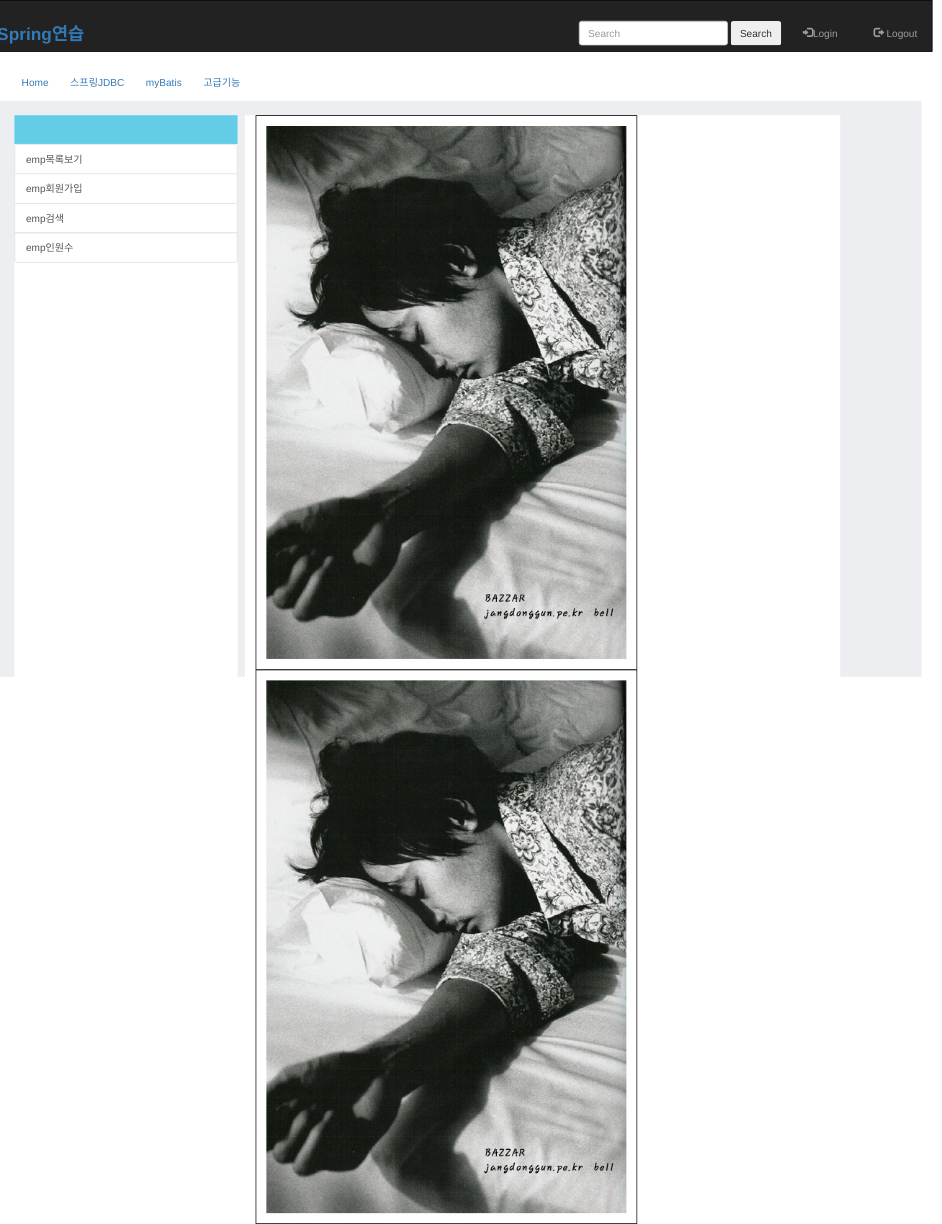
Repository: tawn0414/sts
Page: http://localhost/springmvc/template/advancedLayout.jsp
These files come from the project's save history. The page is drawn as it stood at one moment and after the next save; the edit follows.
The browser window is 1280 px wide. The page is 1309 px wide, so the pictures cover 1309 px, including what lies to the right of the window. The pictures show the whole page, at 72% of full size.
The page is served by Tomcat 9. Other server files are loaded and not shown.

Above is the page before, as saved 2020-01-29 07:18:33.

### springmvc/WebContent/template/advancedLayout.jsp
<%@ page language="java" contentType="text/html; charset=UTF-8"
	pageEncoding="UTF-8"%>
<!DOCTYPE html>
<html>
<head>
<meta charset="UTF-8">
<meta name="viewport" content="width=device-width, initial-scale=1">

   <link rel="stylesheet" href="/springmvc/common/css/main.css" />
  <link rel="stylesheet" href="https://maxcdn.bootstrapcdn.com/bootstrap/3.3.7/css/bootstrap.min.css">
  <script src="https://ajax.googleapis.com/ajax/libs/jquery/3.3.1/jquery.min.js"></script>
  <script src="https://maxcdn.bootstrapcdn.com/bootstrap/3.3.7/js/bootstrap.min.js"></script>
<style>
	/* Remove the navbar's default margin-bottom and rounded borders */
	.navbar {
		margin-bottom: 0;
		border-radius: 0;
	}
	/*  #toparea{
		padding: 30px;
	}  */
	/* body{
		background-color: #edeef1
	} */
</style>
<title>Insert title here</title>
</head>
<body>
		<div id="top" class="row">
			<jsp:include page="top.jsp"></jsp:include>

		</div>


		<div style="background-color: #edeef1;padding: 20px;height: 800px">

			<div class="row" style="margin-left: auto;margin-right: auto;">
			 	<div class="col-sm-3"
			 	style="background-color: white;margin-right:10px;padding: 0px ">
			 		 <div
			 		 style="border-color:white;height: 800px;">
				        <div style="background-color:#63cde7;padding: 20px;
				        font-family:HY-견고딕;font-size: 16pt;color: white;
				         font-weight: bolder;"></div>
						<jsp:include page="../menu/spring_jdbc.jsp"/>
      				 </div>
			 	</div>
			 	<div class="col-sm-8" style="background-color: white;height: 800px;">
					<jsp:include page="content.jsp"/>

			 	</div>
			</div>
	</div>
</body>
</html>

### springmvc/WebContent/template/top.jsp
<%@ page language="java" contentType="text/html; charset=UTF-8"
	pageEncoding="UTF-8"%>
<!DOCTYPE html>
<html>
<head>
<meta charset="UTF-8">
<meta name="viewport" content="width=device-width, initial-scale=1">
  <link rel="stylesheet" href="/springmvc/common/css/main.css" />
  <link rel="stylesheet" href="https://maxcdn.bootstrapcdn.com/bootstrap/3.3.7/css/bootstrap.min.css">
  <script src="https://ajax.googleapis.com/ajax/libs/jquery/3.3.1/jquery.min.js"></script>
  <script src="https://maxcdn.bootstrapcdn.com/bootstrap/3.3.7/js/bootstrap.min.js"></script>
<style>
	/* Remove the navbar's default margin-bottom and rounded borders */
	.navbar {
		margin-bottom: 0;
		border-radius: 0;
	}
	/*  #toparea{
		padding: 30px;
	}  */
	/* body{
		background-color: #edeef1
	} */
</style>
<title>Insert title here</title>
</head>
<body>

	<div style="height:90px" style="padding:10px">
		<div id="toparea"  class="navbar navbar-inverse">
			<a href="#" style="position:absolute;top:30px;font-size: 18pt; font-weight: bolder;text-decoration: none;padding-left: 10px">Spring연습</a>
			<ul class="nav navbar-nav navbar-right"
			 style="position:relative ;top:20px" >
					<li style="margin-right: 20px;height: 70px">
						<a href="/annotation/view/emp/loginView.do"><span class="glyphicon glyphicon-log-in">
							</span>Login</a></li>
					<li style="margin-right: 20px;height: 70px"><a href="/annotation/emp/logout.do"><span class="glyphicon glyphicon-log-out"></span>
								Logout</a></li>
			</ul>



			<form class="navbar-form pull-right" style="position:relative ;top:20px">
				<input class="form-control mr-sm-2" type="search"
					placeholder="Search" aria-label="Search">
				<button class="btn btn-outline-success my-2 my-sm-0" type="submit">Search</button>

			</form>

		</div>

	</div>
	<nav>
	<div class="container-fluid">
			<div class="collapse navbar-collapse" id="myNavbar">
				<ul class="nav navbar-nav">
					<li class="active"><a href="/annotation/index.do">Home</a></li>
					<li><a href="/annotation/menu/jdbc.do">스프링JDBC</a></li>
					<li><a href="/springmvc/template/mybatisLayout.jsp">myBatis</a></li>
					<li><a href="/springmvc/menu/advancedLayout.jsp">고급기능</a></li>

				</ul>

			</div>
		</div>
	</nav>
</body>
</html>

### springmvc/WebContent/menu/spring_jdbc.jsp
<%@ page language="java" contentType="text/html; charset=UTF-8"
	pageEncoding="UTF-8"%>
<!DOCTYPE html>
<html>
<head>
<meta charset="UTF-8">
<title>Insert title here</title>
</head>
<body>
	<div class="list-group">
		<a href="/annotation/list.do"	class="list-group-item">emp목록보기</a>
		<a href="/annotation/insert.do" class="list-group-item">emp회원가입</a>
		<a href="/annotation/search.do" class="list-group-item">emp검색</a>
		<a href="/annotation/count.do"	class="list-group-item">emp인원수</a>

	</div>
</body>
</html>

### springmvc/WebContent/template/content.jsp
<%@ page language="java" contentType="text/html; charset=UTF-8"
    pageEncoding="UTF-8"%>
<!DOCTYPE html>
<html>
<head>
<meta charset="UTF-8">
<title>Insert title here</title>
</head>
<body>
	<img alt="" src="/springmvc/images/jang.jpg">
	<img alt="" src="/springmvc/images/jang.jpg">
</body>
</html>

### springmvc/WebContent/common/css/main.css
@CHARSET "EUC-KR";

#banner-wrapper {
	margin-top: 50px;
	margin-left: 30px;
	margin-right: 30px;
}

table{
	border-collapse: collapse;

}
/* td{
	font-size: 9pt;
	border-top-style:solid;
	border-top-color: #dedddf;
	border-top-width: 1px;
	height: 40px;
	border-bottom-color: #dedddf;
	border-bottom-style: solid;
	border-bottom-width: 1px;
} */

th{
	background-color: #dedddf;

}
 .boardContent{
	width: 200px;
	height: 30px;
 }
 .boardDate{
	width: 100px;height: 30px
 }
.boardContent:HOVER {
	color: #63cde7
}

### springmvc/WebContent/menu/advanced_menu.jsp
<%@ page language="java" contentType="text/html; charset=UTF-8"
	pageEncoding="UTF-8"%>
<!DOCTYPE html>
<html>
<head>
<meta charset="UTF-8">
<title>Insert title here</title>
</head>
<body>
	<div class="list-group">
		<a href="/annotation/view/ajaxtest"	class="list-group-item">ajax테스트</a>
		<a href="/annotation/view/ajaxboard"	class="list-group-item">ajax게시판목록</a>
		<a href="/annotation/view/upload" class="list-group-item">파일업로드</a>
		<a href="/annotation/view/i18ntest" class="list-group-item">다국어지원</a>
		<a href="/annotation/view/transinsertView.do" class="list-group-item">트랜잭션처리</a>
		<a href="/annotation/advanced/testCookie.do?id=jang"
							class="list-group-item">쿠키테스트</a>

		<a href="/annotation/advanced/i18ntest.do?lang=ko">한국어</a>&nbsp;&nbsp;&nbsp;
		<a href="/annotation/advanced/i18ntest.do?lang=en">영어</a>&nbsp;&nbsp;&nbsp;
		<a href="/annotation/advanced/i18ntest.do?lang=jp">일본어</a>&nbsp;&nbsp;&nbsp;
	</div>
</body>
</html>

After the next save:
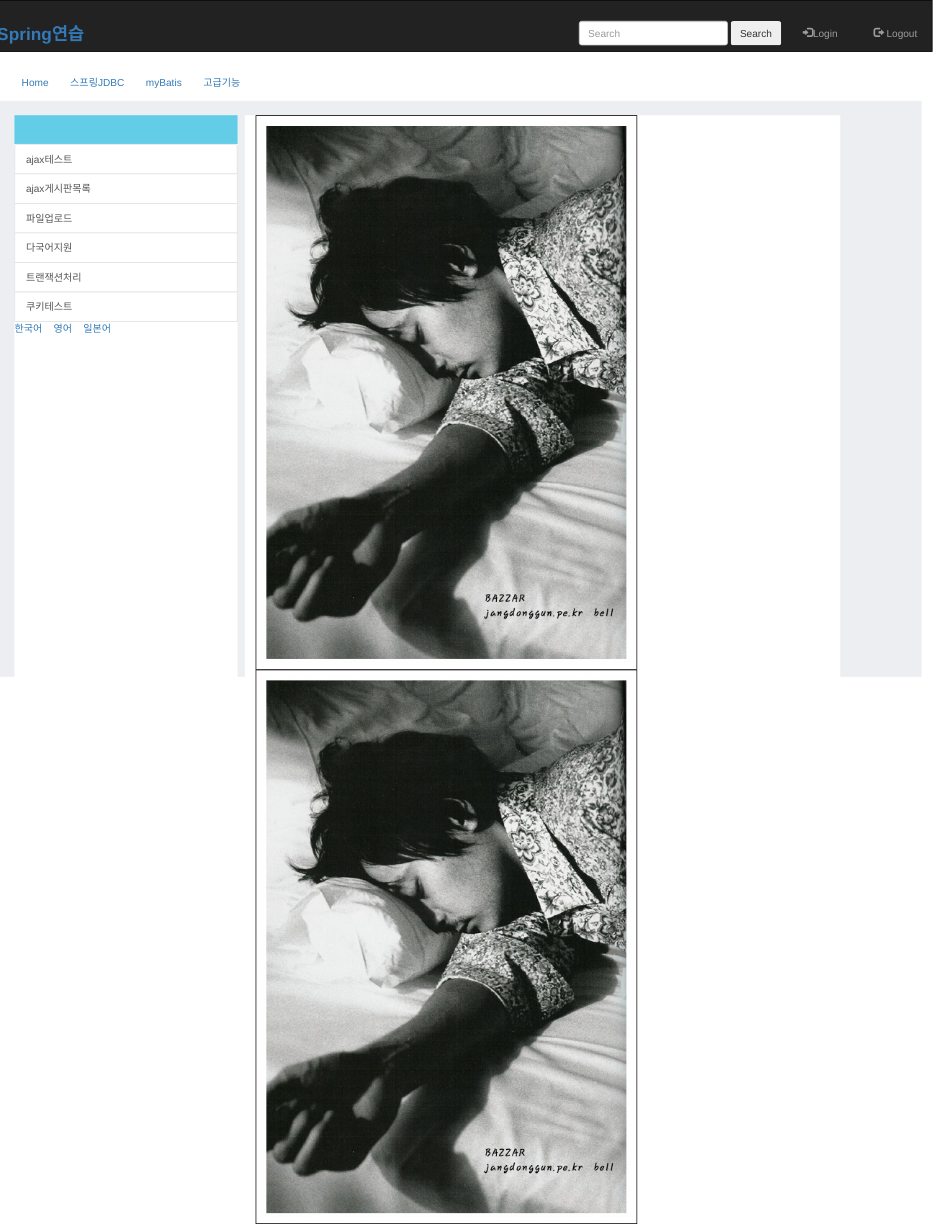
Saved 29 s later.
--- a/springmvc/WebContent/template/advancedLayout.jsp
+++ b/springmvc/WebContent/template/advancedLayout.jsp
@@ -42,7 +42,7 @@
 				        <div style="background-color:#63cde7;padding: 20px;
 				        font-family:HY-견고딕;font-size: 16pt;color: white;
 				         font-weight: bolder;"></div>
-						<jsp:include page="../menu/spring_jdbc.jsp"/>
+						<jsp:include page="../menu/advanced_menu.jsp"/>
       				 </div>
 			 	</div>
 			 	<div class="col-sm-8" style="background-color: white;height: 800px;">
